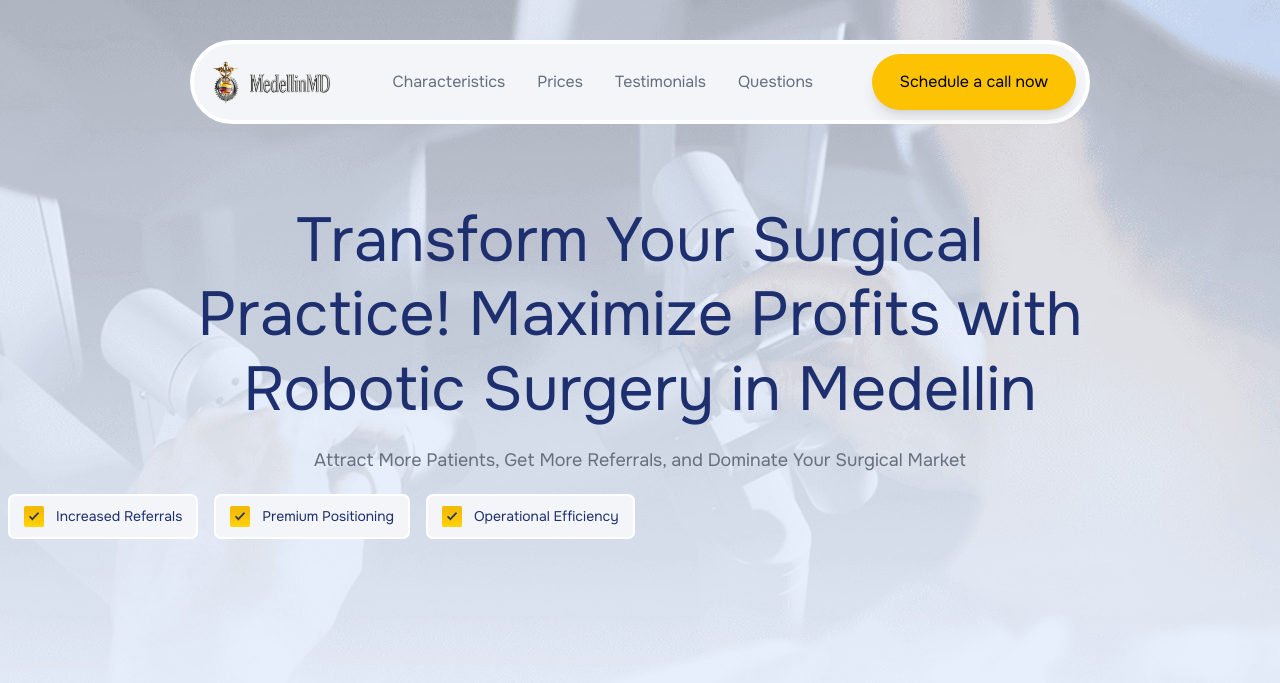
Repository: emmanueltech2019/cmd
Page: /home
The author's editor kept a copy of each file at every save. The page is drawn from the files as they stood at one save, then again after the next save.
The browser window is 1280 px wide. The pictures show the whole page.
The project was rebuilt for these pictures with package versions that can differ from the ones it lists, and the page was loaded fresh each time. The framework's server and built-in components were replaced by stand-ins that run in the browser. Also part of the build but not shown: next.config.mjs.

Above is the page before, as saved 2025-05-15 16:50:25.

### src/app/home/page.jsx
import React from 'react'
import Image from 'next/image'
import medellinHero from '@/images/jpg/medellinHero.jpg'
import medellinLogo from '@/images/png/medellinLogo.png'
import medellinCheck from '@/images/png/medellinCheck.png'
import SlideView from '../components/SlideView'
import Button from '../components/Button'

const page = () => {
    const slideViewData = [
        { id: 1, text: 'Increased Referrals', image: medellinCheck },
        { id: 2, text: 'Premium Positioning', image: medellinCheck },
        { id: 3, text: 'Operational Efficiency', image: medellinCheck },
        { id: 4, text: 'Higher Patient Volume', image: medellinCheck },
    ];
  return (
    <>
        <div className={`h-screen w-full`}
            style={{
                backgroundImage: `url(${medellinHero.src})`,
                backgroundSize: 'cover',
                backgroundPosition: 'center',
                backgroundRepeat: 'no-repeat',
            }}
        >
            <nav className='py-5'>
                <div className="w-web-navwidth mx-auto bg-web-navwhite backdrop-blur-md p-web-nav-padding flex justify-between items-center rounded-web-radius border-white border-4 my-5">
                    <div className="w-web-logowidth h-web-logoheight flex justify-center items-center">
                        <Image src={medellinLogo} width={100} height={100} alt='medellin logo' className='w-full' />
                    </div>
                    <ul className="flex gap-web-navgap items-center text-navfontsize">
                        <li>
                            <button className='p-web-nav-padding bg-transparent hover:bg-web-blue text-web-navgray hover:text-white transition-all duration-500 rounded-web-navbtnradius'>Characteristics</button>
                        </li>
                        <li>
                            <button className='p-web-nav-padding bg-transparent hover:bg-web-blue text-web-navgray hover:text-white transition-all duration-500 rounded-web-navbtnradius'>Prices</button>
                        </li>
                        <li>
                            <button className='p-web-nav-padding bg-transparent hover:bg-web-blue text-web-navgray hover:text-white transition-all duration-500 rounded-web-navbtnradius'>Testimonials</button>
                        </li>
                        <li>
                            <button className='p-web-nav-padding bg-transparent hover:bg-web-blue text-web-navgray hover:text-white transition-all duration-500 rounded-web-navbtnradius'>Questions</button>
                        </li>
                    </ul>
                    <Button className='bg-web-yellow hover:bg-web-blue py-4 px-7 transition-all duration-500 hover:text-white shadow-lg rounded-web-radius'>Schedule a call now</Button>
                </div>
            </nav>
            <div className="mt-10 w-[100%] md:w-[70%] mx-auto">
                <h1 className="text-center text-web-blue text-webhero-font leading-webhero-lineheight">Transform Your Surgical Practice! Maximize Profits with Robotic Surgery in Medellin</h1>
                <p className='text-websubhero-font text-web-navgray text-center py-5'>Attract More Patients, Get More Referrals, and Dominate Your Surgical Market</p>
            </div>
            <div className="flex whitespace-nowrap overflow-hidden w-[50%]">
                <div className="flex">
                    {slideViewData.map((item) => (
                        <SlideView key={`a-${item.id}`}>
                            <div className="flex gap-3">
                                <Image src={item.image} alt='medellin check' width={100} height={100} className='w-5' />
                                {item.text}
                            </div>
                        </SlideView>
                    ))}
                </div>
                <div className="flex">
                    {slideViewData.map((item) => (
                        <SlideView key={`b-${item.id}`}>
                            <div className="flex gap-3">
                                <Image src={item.image} alt='medellin check' width={100} height={100} className='w-5' />
                                {item.text}
                            </div>
                        </SlideView>
                    ))}
                </div>
            </div>
        </div>
    </>
  )
}

export default page

### src/app/globals.css
@import url('https://fonts.googleapis.com/css2?family=Onest:wght@100..900&family=Poppins:ital,wght@0,100;0,200;0,300;0,400;0,500;0,600;0,700;0,800;0,900;1,100;1,200;1,300;1,400;1,500;1,600;1,700;1,800;1,900&display=swap');

*{
  font-family: "Onest", sans-serif;
}

@tailwind base;
@tailwind components;
@tailwind utilities;

@font-face {
  font-family: 'Onset';
  src: url('/src/fonts/Onest-VariableFont_wght.ttf') format('truetype');
  font-weight: 400;
  font-style: normal;
  font-display: swap; /* recommended for better performance */
}

### src/app/components/SlideView.jsx
import React from 'react'

const slideview = ({ children }) => {
  return (
    <div className='p-web-heroslideview bg-web-navwhite border-white border-2 rounded-web-heroslideradius text-web-navfontsize text-web-blue mx-2 flex-shrink-0'>{children}</div>
  )
}

export default slideview

### src/app/components/button.jsx
import React from 'react'

const button = ({children}) => {
  return (
    <button className='bg-web-yellow hover:bg-web-blue py-4 px-7 transition-all duration-500 hover:text-white shadow-lg rounded-web-radius'>{children}</button>
  )
}

export default button

### tailwind.config.js
/** @type {import('tailwindcss').Config} */
export default {
  content: [
    "./index.html",
    "./src/**/*.{js,ts,jsx,tsx}",
  ],
  theme: {
    extend: {
      colors: {
        'web-blue': '#1d2f6f',
        'web-yellow': '#fdc201',
        'web-navwhite': '#f3f5f8',
        'web-navgray': '#646e7d',
      },
      boxShadow: {
        'web-shadow': '#abcbff08 0px 0.602187px 2.28831px 0px,'
      },
      padding: {
        'web-btn-padding': '16px 28px',
        'web-nav-padding': '10px',
        'web-heroslideview': '10px 14px'
      },
      lineHeight: {
        'webhero-lineheight': '74.4px'
      },
      fontSize: {
        'webhero-font': '62px',
        'websubhero-font': '18px',
        'web-navfontsize': '14px'
      },
      width: {
        'web-navwidth': '900px',
        'web-logowidth': '130px',
      },
      height: {
        'web-navheight': '76px',
        'web-logoheight': '56px'
      },
      borderRadius: {
        'web-radius': '99px',
        'web-navbtnradius': '8px',
        'web-heroslideradius': '7px'
      },
      gap: {
        'web-navgap': '12px'
      },
      fontFamily: {
        myFont: ['Onset']
      },
      keyframes: {
        'slide': {
          '0%': { transform: 'translateX(0)' },
          '100%': { transform: 'translateX(-100%)' },
        },
      },
      animation: {
        'slide': 'slide 10s linear infinite',
      },
    },
  },
  plugins: [],
}

Loaded but not shown: src/app/layout.jsx (common file)

After the next save:
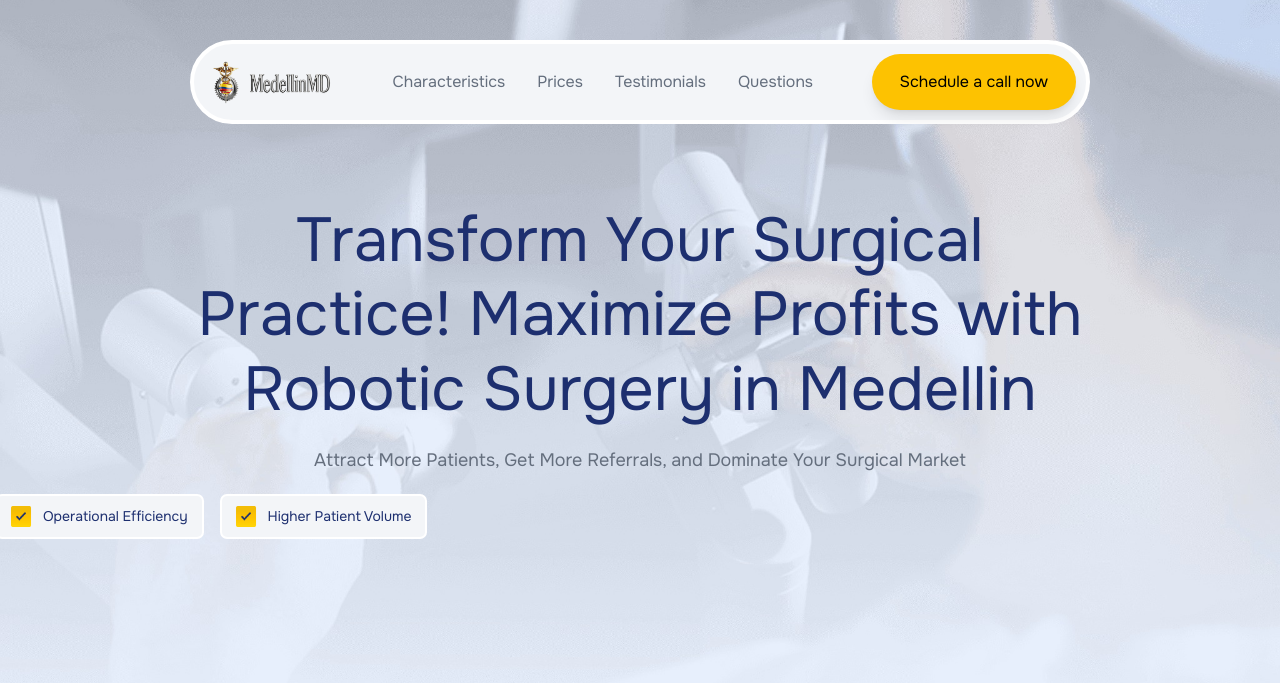
Saved 12 s later.
--- a/src/app/home/page.jsx
+++ b/src/app/home/page.jsx
@@ -50,7 +50,7 @@ const page = () => {
                 <p className='text-websubhero-font text-web-navgray text-center py-5'>Attract More Patients, Get More Referrals, and Dominate Your Surgical Market</p>
             </div>
             <div className="flex whitespace-nowrap overflow-hidden w-[50%]">
-                <div className="flex">
+                <div className="flex animate-slide">
                     {slideViewData.map((item) => (
                         <SlideView key={`a-${item.id}`}>
                             <div className="flex gap-3">
